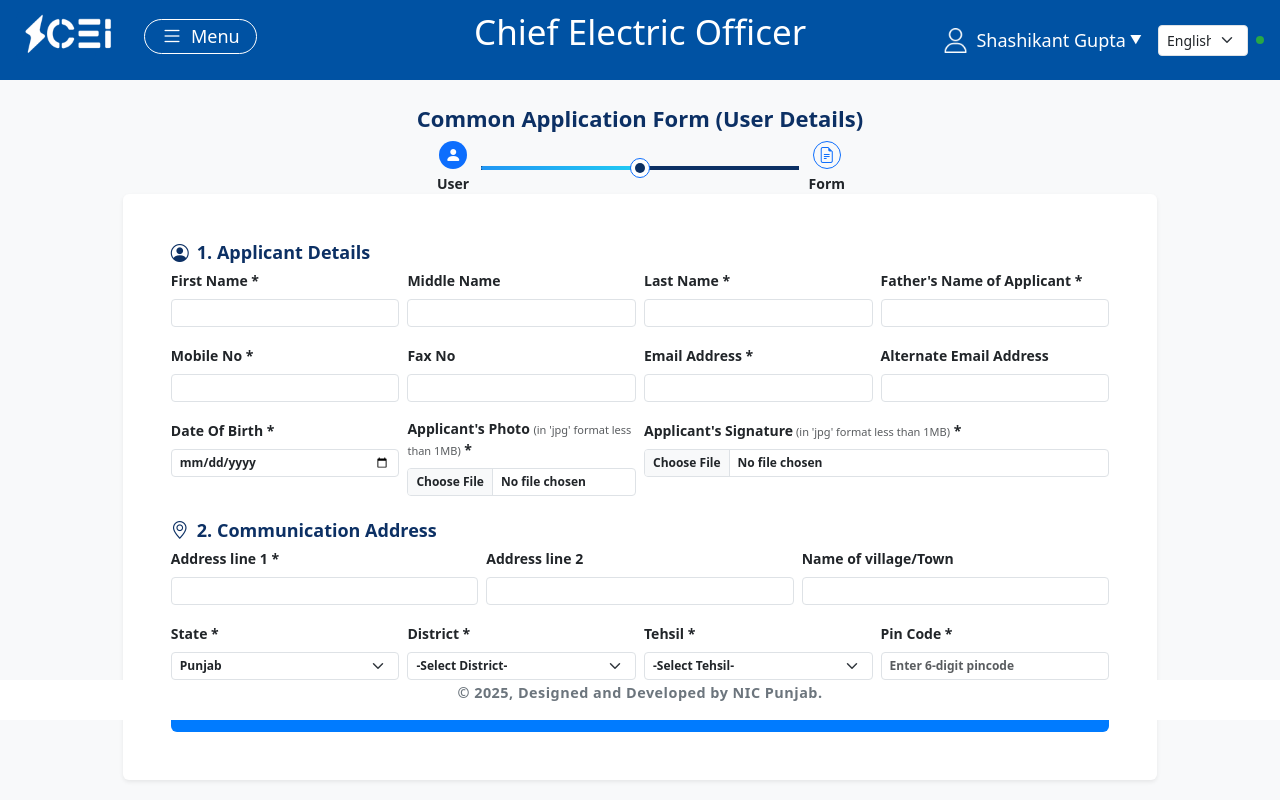
Repository: shashikantdev93-gif/CEI-sept
Page: /RegisterationForm
An editor plug-in stored every save of this project. The page is shown before and after the next save, followed by the edit.
The browser window is 1280 px wide. The pictures show the whole page.
The page's requests for data from a server got no answer. The project was rebuilt for these pictures with package versions that can differ from the ones it lists, and the page was loaded fresh each time. No one was signed in, and anything a server would have sent is missing. Also part of the build but not shown: vite.config.ts, src/styles/sidebar-zoom.css, src/components/PageComponent/Sidebar.tsx, src/components/PageComponent/Header2.tsx, src/components/PageComponent/PageHeader.tsx, src/components/Illustration/Illustration.tsx, src/components/CardContainer/CardContainer.tsx, src/hooks/useFormValidation.ts and 8 more. Imported but missing from the stored project, and not drawn on this page: src/components/ui.

Above is the page before, as saved 2025-07-28 08:55:59.

After the next save:
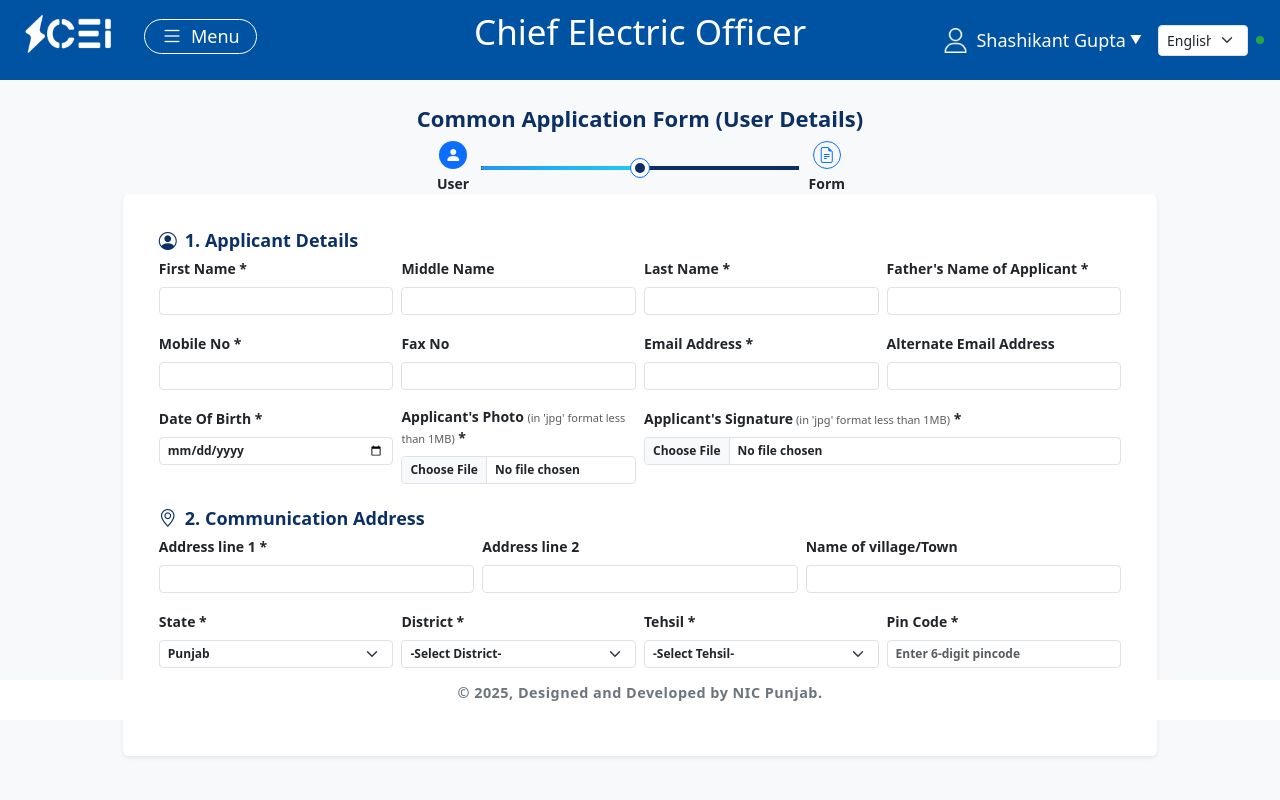
Saved 36 s later.
--- a/src/pages/register/register.tsx
+++ b/src/pages/register/register.tsx
@@ -108,7 +108,7 @@
 
             {/* Form Section */}
             <div className="card border-0 shadow-sm mb-2">
-              <div className="card-body p-3">
+              <div className="card-body p-1">
                 {/* Section 1: Applicant Details */}
                 <h6 className="mb-1 fw-bold" style={{ color: '#0c3064' }}>
                   <i className="bi bi-person-circle me-2"></i>1. Applicant Details
